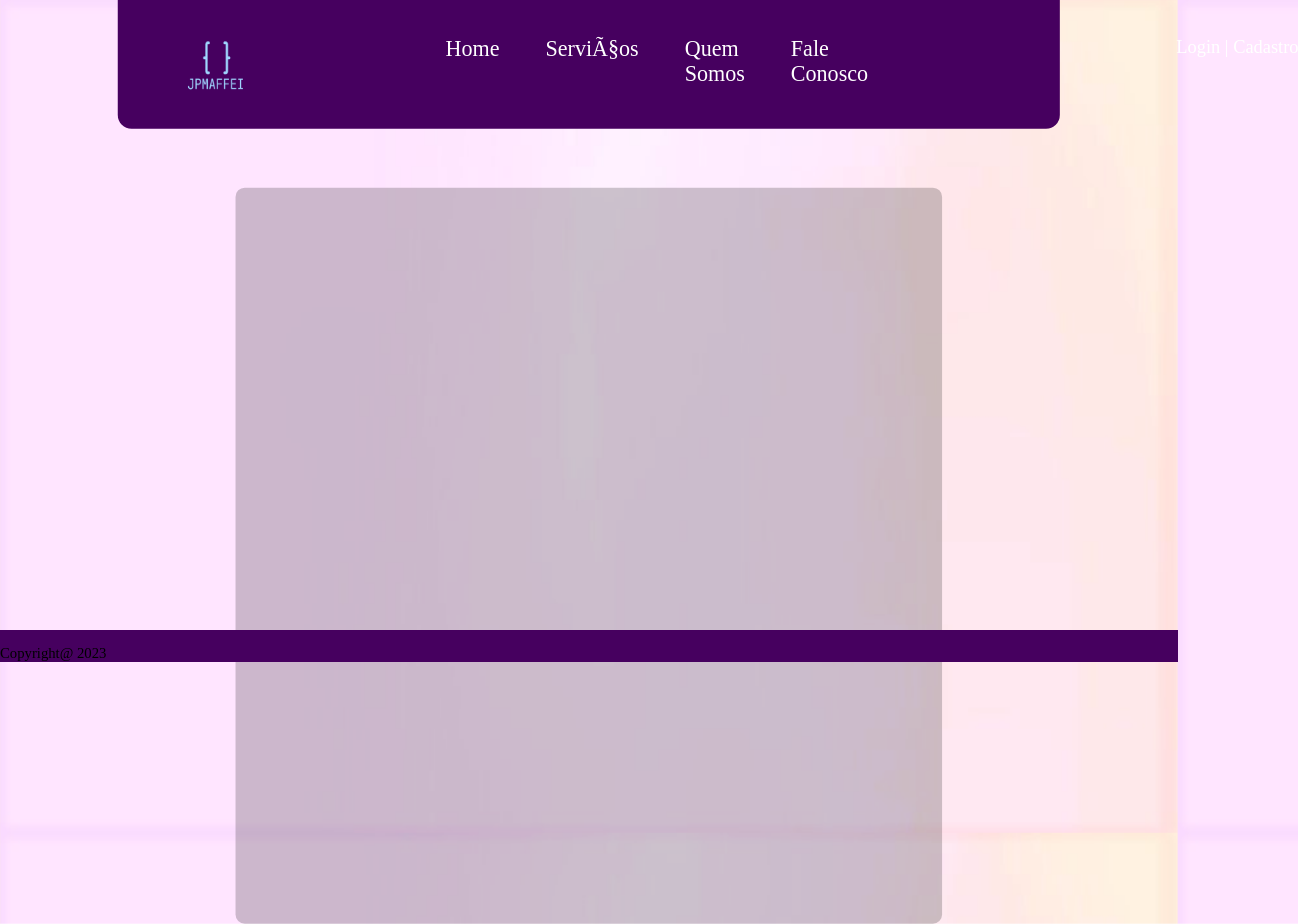
Repository: jpmaffei18/PROJETO_JAVA
Page: http://localhost/FinalWeb/
These files come from the project's save history. The page is drawn as it stood at one moment and after the next save; the edit follows.
The browser window is 1280 px wide. The page is 1411 px wide, so the pictures cover 1411 px, including what lies to the right of the window. The pictures show the whole page, at 92% of full size.
Backgrounds fixed to the window are drawn as part of the page. The page is served by Tomcat 9. Other server files are loaded and not shown.

Above is the page before, as saved 2023-03-31 14:22:22.

### FinalWeb/src/main/webapp/index.jsp

<!DOCTYPE html>
<html lang="en">
    <head>
        <meta charset="UTF-8">
        <meta http-equiv="X-UA-Compatible" content="IE=edge">
        <meta name="viewport" content="width=device-width, initial-scale=1.0">
        <link href="home.css" rel="stylesheet">
        <link href="imagens/icon.png" rel="icon">
        <title>HOME</title>
    </head>
<body>
  <header>
  <img src="imagens/logo.png" class="logo">

    <ul>
        <li> Home</li>
        <li> Serviços</li>
        <li> Quem Somos</li>
        <li> Fale Conosco</li>
    </ul>

    <div class="logincadastro">
    <p><a href="logincadastro.html">Login </a></p> <p>|</p> <p><a href="index.php">Cadastro </a></p>
    </div>

</header>

<div class="conteudo">

</div>




<footer class="rodape"> <p>Copyright@ 2023</p> </footer>
</body>
</html>

### FinalWeb/src/main/webapp/home.css
@charset "ISO-8859-1";

body{
    margin: 0;
        background: url(imagens/fundoroxo.jpg) center center no-repeat fixed;
        -webkit-background-size: cover;
        -moz-background-size: cover;
        -o-background-size: cover;
        background-size: cover;
        overflow: scroll;
      }


header{
    background-color: #46005F;
    width: 80%;
    height: 140px;
    margin:auto;
    border-bottom-left-radius: 15px;
    border-bottom-right-radius: 15px;
    color: white;
    display: flex;
}

.logo{
    width: 15%;
    height: 150px;
    margin-left: 3%;
}

header ul{
    display: flex;
    margin-left: 8%;
    margin-top:40px;
}

header li{
    list-style: none;
    font-size: 24px;
    margin-left: 50px;
}

.conteudo{
    background-color: rgba(0,0,0,.20);
    width: 60%;
    height:800px;
    margin: auto;
    margin-top: 5%;
    border-radius:10px;
}

.logincadastro{
    display: flex;
    margin-left: 330px;
    margin-top: 20px;
    font-size: 20px;


}

.logincadastro p{
    margin-left: 5px;
    color:white;
}

.logincadastro a{
    text-decoration: none;
    color: white;
}

.rodape{
background: #46005F;
width: 100%;
height: 35px;
position: fixed;
bottom: 0;
left: 0;
}

After the next save:
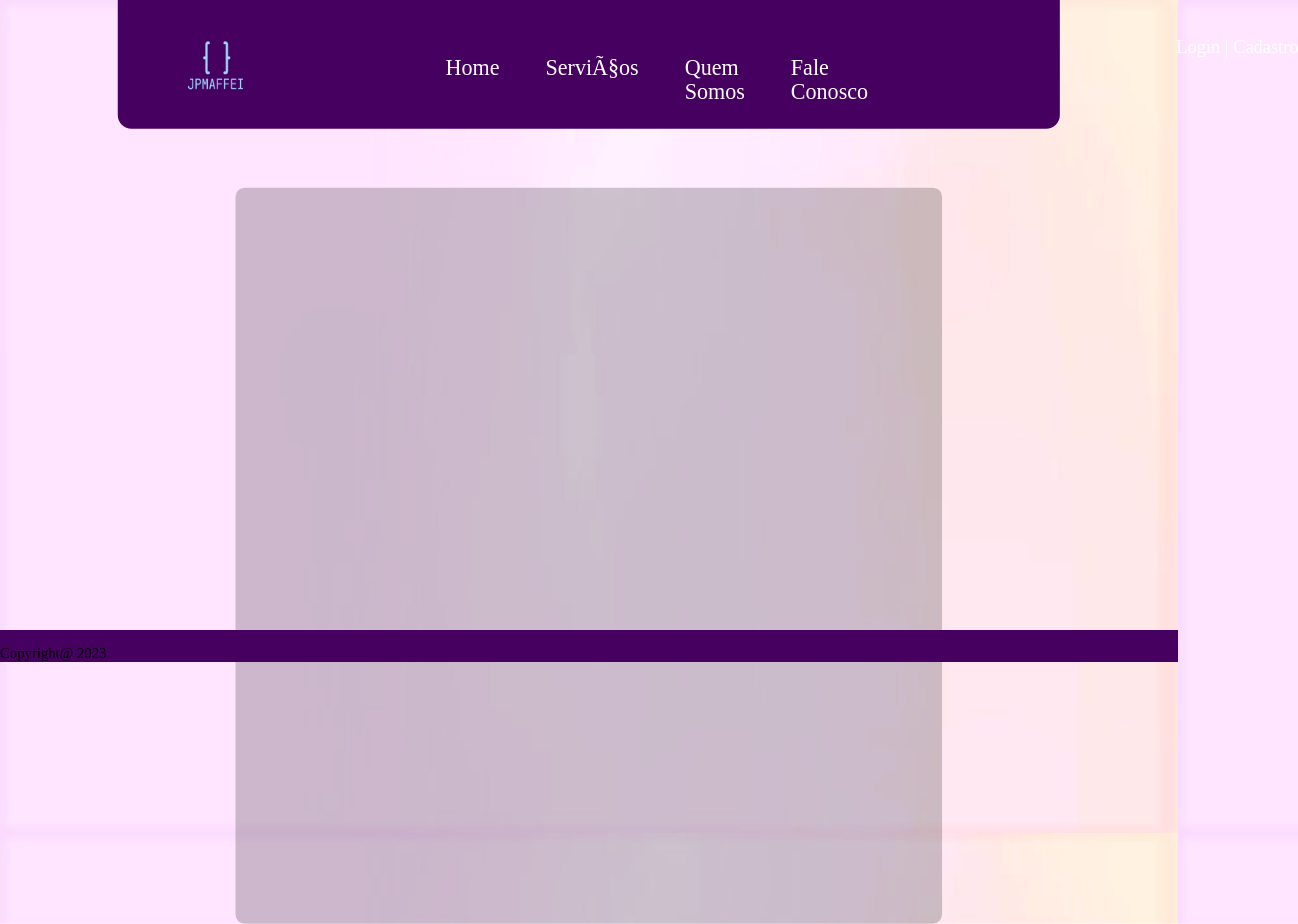
Saved 16 s later.
--- a/FinalWeb/src/main/webapp/home.css
+++ b/FinalWeb/src/main/webapp/home.css
@@ -31,7 +31,7 @@ header{
 header ul{
     display: flex;
     margin-left: 8%;
-    margin-top:40px;
+    margin-top:60px;
 }
 
 header li{
